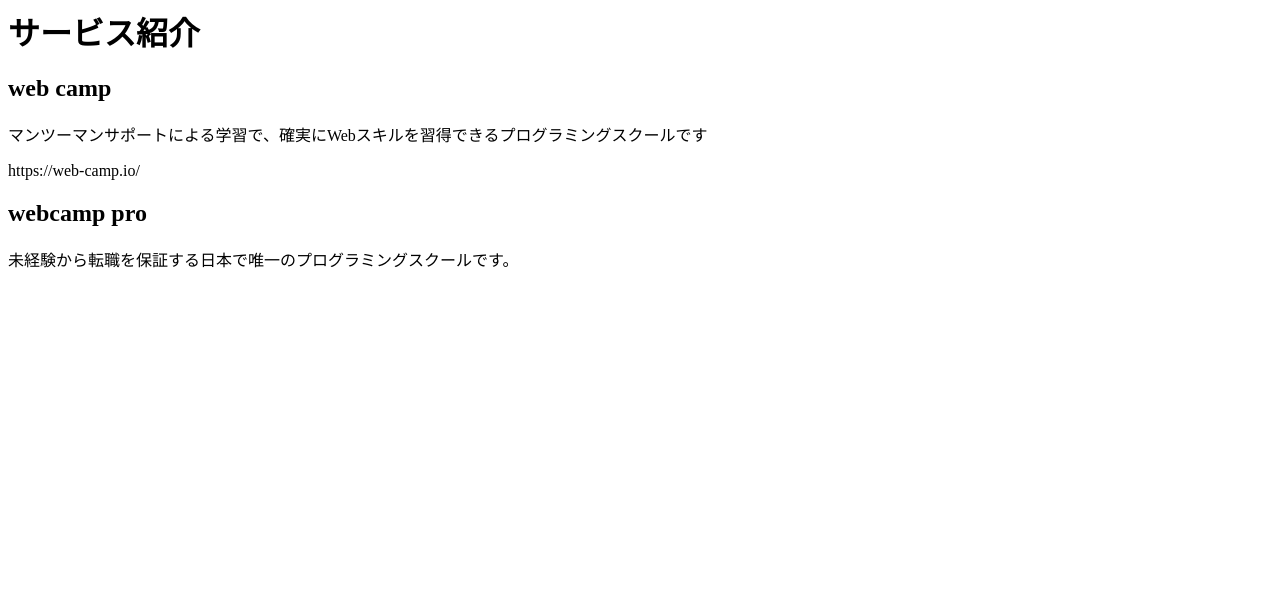
Repository: artD07/-1
Page: sample/sample.html
The author's editor kept a record of every edit. The page is drawn from the files as they stood at one moment, then again after the next edit.
The browser window is 1280 px wide. The pictures show the whole page.

Above is the page before.

### sample/sample.html
<! DOCTYPE HTML>
<html lang="ja"
<head>
   <meta charset="UTF-8" />
    <title>２章演習</title>

    <h1>サービス紹介</h1>
    <h2>web camp</h2>
    <p>マンツーマンサポートによる学習で、確実にWebスキルを習得できるプログラミングスクールです</p>
    <a>https://web-camp.io/</a>
    <h2>webcamp pro</h2>
    <p>未経験から転職を保証する日本で唯一のプログラミングスクールです。</p>


</head>

After the next edit:
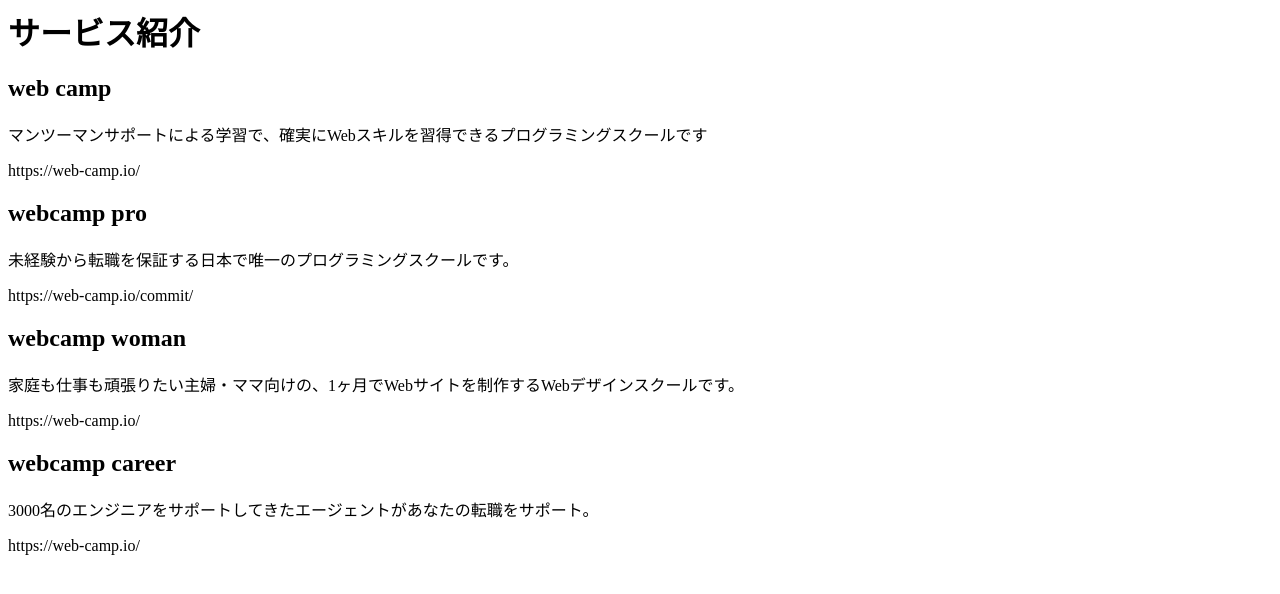
The edit:
--- a/sample/sample.html
+++ b/sample/sample.html
@@ -10,6 +10,11 @@
     <a>https://web-camp.io/</a>
     <h2>webcamp pro</h2>
     <p>未経験から転職を保証する日本で唯一のプログラミングスクールです。</p>
-
-
+    <a>https://web-camp.io/commit/</a>
+    <h2>webcamp woman</h2>
+    <p>家庭も仕事も頑張りたい主婦・ママ向けの、1ヶ月でWebサイトを制作するWebデザインスクールです。</p>
+    <a>https://web-camp.io/</a>
+    <h2>webcamp career</h2>
+    <p>3000名のエンジニアをサポートしてきたエージェントがあなたの転職をサポート。</p>
+    <a>https://web-camp.io/</a>
 </head>
